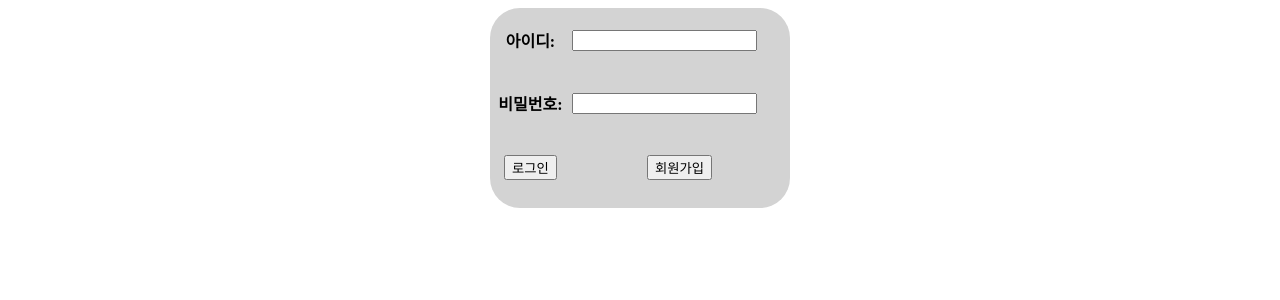
Repository: namubal78/practice-workspace
Page: http://localhost/Practice/
An editor plug-in stored every save of this project. The page is shown before and after the next save, followed by the edit.
The browser window is 1280 px wide. The pictures show the whole page.
The page is served by Tomcat 9. Nobody is signed in. The application's start-up code is not run. Other server files are loaded and not shown.

Above is the page before, as saved 2023-03-03 09:10:05.

### Practice/src/main/webapp/index.jsp
<%@ page language="java" contentType="text/html; charset=utf-8"
    pageEncoding="utf-8" import="com.gasystem.practice.member.model.vo.Member"%>
<%@ taglib prefix="c" uri="http://java.sun.com/jsp/jstl/core" %>
<%

	Member loginUser = (Member)session.getAttribute("loginUser");
	String alertMsg = (String)session.getAttribute("alertMsg");

%>
<!DOCTYPE html>
<html lang="en">
<head>
    <meta charset="UTF-8">
    <meta http-equiv="X-UA-Compatible" content="IE=edge">
    <meta name="viewport" content="width=device-width, initial-scale=1.0">
    <title>Document</title>
    <style>

        div{
            box-sizing: border-box;
            /* border: 1px solid black; */
        }

        #loginBox {
			background-color: lightgray;
			border-radius: 30px;
			width: 300px;
			height: 200px;
			margin: auto;
        }

		.loginTable {
			margin-left: auto;
			margin-right: auto;
			margin-top: auto;
			margin-bottom: auto;
			width: 300px;
			height: 200px;
		}

    </style>
    <script src="https://ajax.googleapis.com/ajax/libs/jquery/3.5.1/jquery.min.js"></script>
</head>
<body>

    <div id="loginBox">

		<% if(loginUser == null) { %>
	        <form action="login.me" method="post">

				<table class="loginTable">
	                <tr>
	                    <th>아이디: </th>
	                    <td><input type="text" name="memberId" required></td>
	                </tr>
	                <tr>
	                    <th>비밀번호: </th>
	                    <td><input type="password" name="memberPwd" required></td>
	                </tr>
	                <tr>
	                    <th align="center"><button type="submit">로그인</button></th>
	                    <td align="center"><button onclick="location.href='joinForm.me'">회원가입</button></td>
	                </tr>
	                <tr>
	                	<th colspan="2">
	                		<c:if test="${empty alertMsg}">
	                			<c:out value="" />
	                		</c:if>
	                		<c:if test="${not empty alertMsg}">
	                			<c:out value="${alertMsg }" />
	                		</c:if>
	                	</th>
	                </tr>
	            </table>


	        </form>
        <% } else { %>

        <div>
			<table class="loginTable">
        		<tr>
        			<th><p><%= alertMsg %></p></th>
        		</tr>
        		<tr>
        			<th><p><%= loginUser.getMemberName()%>님</p></th>
        		</tr>
        		<tr>
        			<th><a href="logout.me">로그아웃</a></th>
        		</tr>
        	</table>
        </div>

        <% } %>

    </div>

</body>
</html>

After the next save:
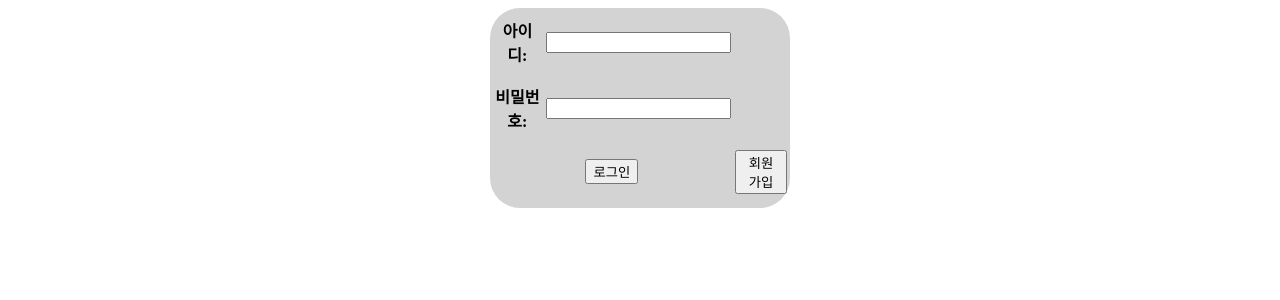
Saved 27 s later.
--- a/Practice/src/main/webapp/index.jsp
+++ b/Practice/src/main/webapp/index.jsp
@@ -58,7 +58,7 @@
 	                    <td><input type="password" name="memberPwd" required></td>
 	                </tr>
 	                <tr>
-	                    <th align="center"><button type="submit">로그인</button></th>
+	                    <th align="center" colspan="2"><button type="submit">로그인</button></th>
 	                    <td align="center"><button onclick="location.href='joinForm.me'">회원가입</button></td>
 	                </tr>
 	                <tr>
